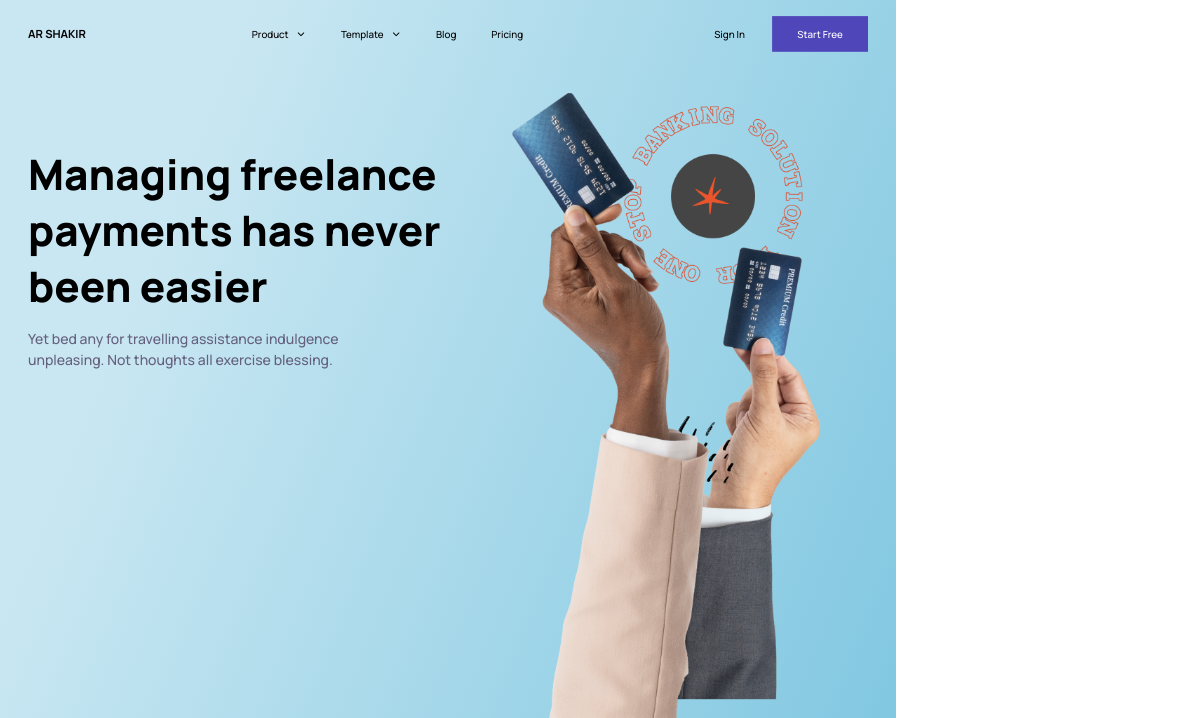
Repository: duongdori/ARShakir
Page: index.html
The author's editor kept a copy of each file at every save. The page is drawn from the files as they stood at one save, then again after the next save.
The browser window is 1280 px wide. The page is 1280 px wide, then 1704 px, so the pictures cover 1704 px, including what lies to the right of the window. The pictures show the part of the page from y = 0 to 1440 px (the page is 1026 px tall before and 1990 px after), at 70% of full size.

Above is the page before, as saved 2022-04-01 23:19:47.

### index.html
<!DOCTYPE html>
<html lang="en">
<head>
    <meta charset="UTF-8">
    <meta http-equiv="X-UA-Compatible" content="IE=edge">
    <meta name="viewport" content="width=device-width, initial-scale=1.0">
    <title>Document</title>
    <link rel="preconnect" href="https://fonts.googleapis.com">
    <link rel="preconnect" href="https://fonts.gstatic.com" crossorigin>
    <link href="https://fonts.googleapis.com/css2?family=Manrope:wght@400;500;600;700;800&display=swap" rel="stylesheet">

    <link rel="stylesheet" href="./assets/css/main.css">
</head>
<body>
    <div class="wrapper">
        <header class="header">
            <div class="header-top">
                <div class="container">
                    <div class="header-logo">AR Shakir</div>
                    <ul class="header-menu">
                        <li class="header-menu-item">
                            <a href="#" class="header-menu-item-link">Product</a>
                            <a href="#" class="header-menu-item-icon">
                                <ion-icon name="ios-arrow-down"></ion-icon>
                            </a>
                        </li>
                        <li class="header-menu-item">
                            <a href="#" class="header-menu-item-link">Template</a>
                            <a href="#" class="header-menu-item-icon">
                                <ion-icon name="ios-arrow-down"></ion-icon>
                            </a>
                        </li>
                        <li class="header-menu-item">
                            <a href="#" class="header-menu-item-link">Blog</a>
                        </li>
                        <li class="header-menu-item">
                            <a href="#" class="header-menu-item-link">Pricing</a>
                        </li>
                    </ul>
                    <div class="header-login">
                        <a href="#" class="header-login-signin">Sign In</a>
                        <a href="#" class="header-login-startfree">Start Free</a>
                    </div>
                </div>
            </div>
            <div class="container">
                <div class="header-main">
                    <div class="header-content">
                        <h1 class="header-content-heading">
                            Managing freelance payments has never been easier
                        </h1>
                        <p class="header-content-desc">
                            Yet bed any for travelling assistance indulgence unpleasing. Not thoughts all exercise blessing.
                        </p>
                        <div class="header-content-btn">

                        </div>
                    </div>
                    <img src="./assets/images/img1.png" class="header-img" alt="">
                </div>
            </div>
        </header>
    </div>
</body>
<script  src = "https://unpkg.com/ionicons@4.5.10-0/dist/ionicons.js" > </script >
</html>

### assets/css/main.css
*, *::before, *::after {
  box-sizing: border-box;
}
* {
  margin: 0;
}

html, body {
  height: 100%;
}
body {
  line-height: 1.5;
  -webkit-font-smoothing: antialiased;
  -webkit-tap-highlight-color: rgba(0,0,0,0);
}

img, picture, video, canvas, svg {
  display: block;
  max-width: 100%;
}
input, button, textarea, select {
  font: inherit;
  outline: none;
  border: none;
}
p, h1, h2, h3, h4, h5, h6 {
  overflow-wrap: break-word;
}

:root {
    --primary-font: "Manrope";
    --primary-text-color: #000;
}
body {
    font-family: var(--primary-font);
    font-weight: 500;
}

.wrapper {
    max-width: 1440px;
    margin: 0 auto;
}

.container {
    max-width: 1200px;
    margin: 0 auto;
}

.header{
    background: linear-gradient(292.12deg, #62BADA -35.02%, #C9E7F2 78.96%);
}

.header-top{
    padding-top: 38px;
}

.header-top .container {
    display:flex;
    justify-content: space-between;
    align-items: center;
}

.header-logo{
    font-weight: 700;
    font-style: 20px;
    line-height: calc(25 / 20);
    text-transform: uppercase;
    color: var(--primary-text-color);
}

.header-menu{
    display:flex;
    align-items: center;
    list-style: none;
    font-weight: 500;
    font-size: 14px;
    line-height: calc(19 / 14);
    padding: 0;
    margin-left: -50px;

}

.header-menu-item{
    margin-left: 50px;
}

.header-menu-item-link{
    color: var(--primary-text-color);
    text-decoration: none;

}

.header-menu-item-icon {
    color: var(--primary-text-color);
    margin-left: 8px;
    display: inline;
    top: 2px;
    position: relative;
}

.header-login{
    font-size: 14px;
    line-height: calc(19 / 14);
}

.header-login-signin{
    color: var(--primary-text-color);
    text-decoration: none;
    padding: 16px 36px;

}

.header-login-startfree{
    color: #fff;
    text-decoration: none;
    background-color: #4F46BA;
    padding: 16px 36px;

}


.header-main {
    display: flex;
    justify-content: space-between;
}

.header-content {
    max-width: 646px;
    width: 100%;
    margin-top: 150px;
    flex-shrink: 0;
}

.header-content-heading {
    font-size: 60px;
    font-weight: 800;
    line-height: calc(80 / 60);
    color: var(--primary-text-color);
}

.header-content-desc {
    max-width: 510px;
    width: 100%;
    margin-top: 22px;
    font-size: 20px;
    line-height: calc(30 / 20);
    color: #64607D;
}

.header-img {
    max-width: 510px;
    width: 100%;
}

After the next save:
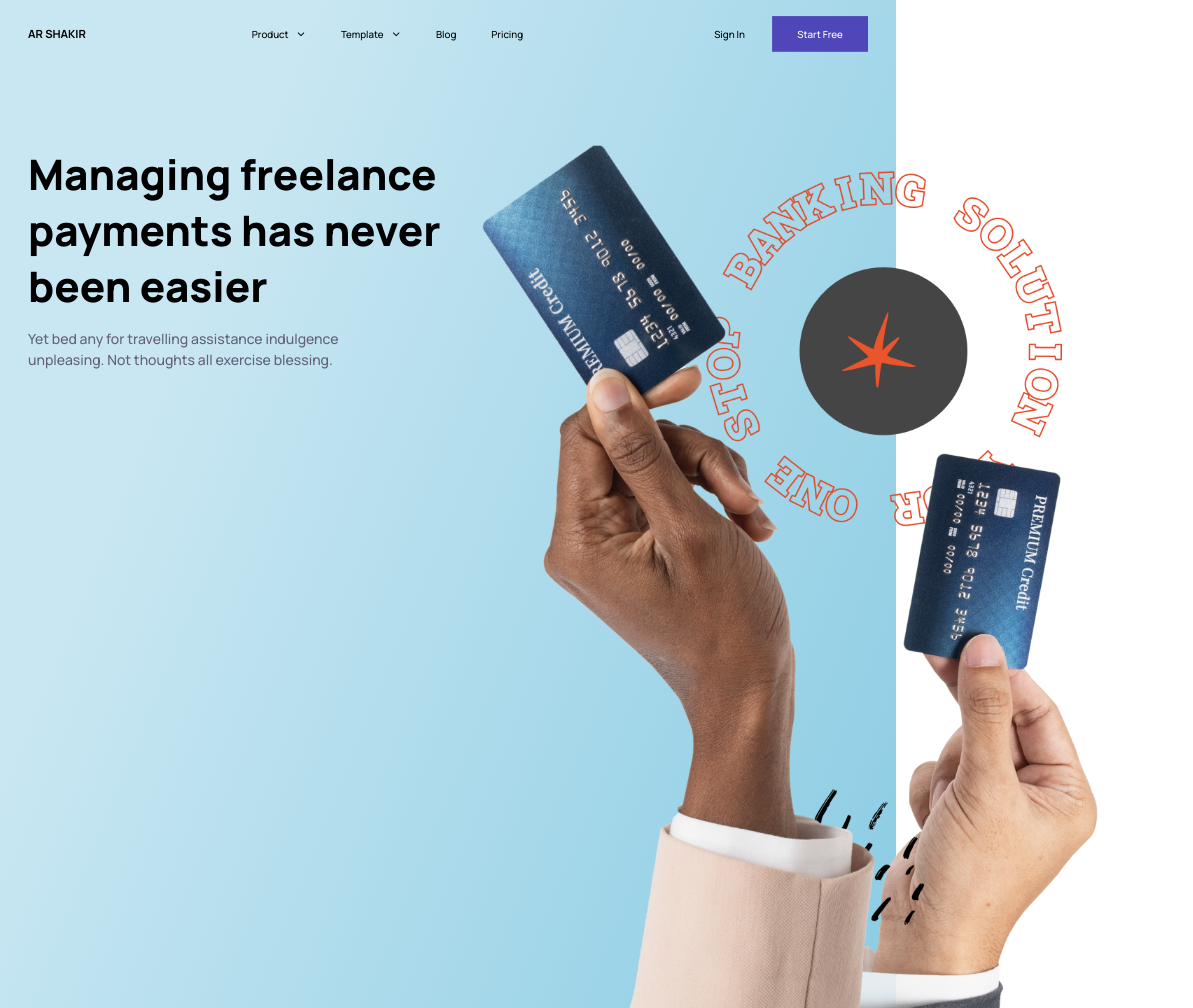
Saved 57 min 2 s later.
--- a/assets/css/main.css
+++ b/assets/css/main.css
@@ -148,6 +148,5 @@ body {
 }
 
 .header-img {
-    max-width: 510px;
-    width: 100%;
+
 }
